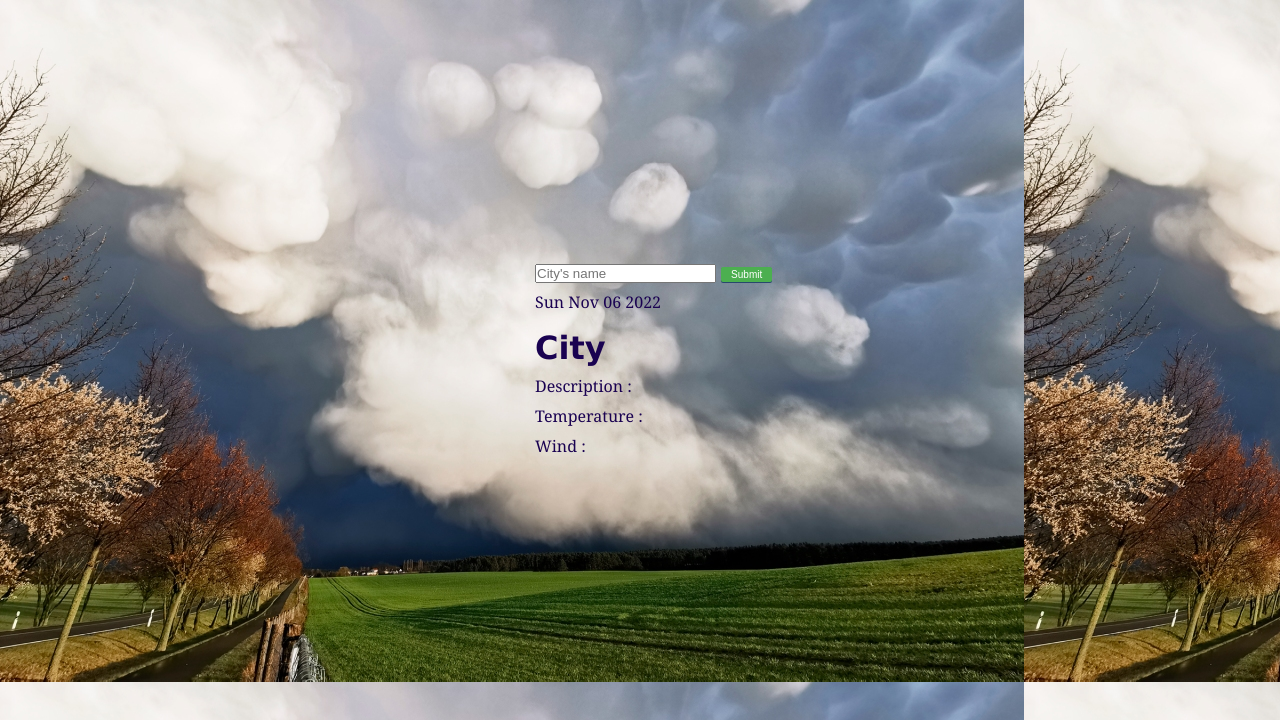
Repository: heartbreathing/searchWeather
Page: index.html
An editor plug-in stored every save of this project. The page is shown before and after the next save, followed by the edit.
The browser window is 1280 px wide. The pictures show the whole page.

Above is the page before, as saved 2022-11-06 23:05:12.

After the next save:
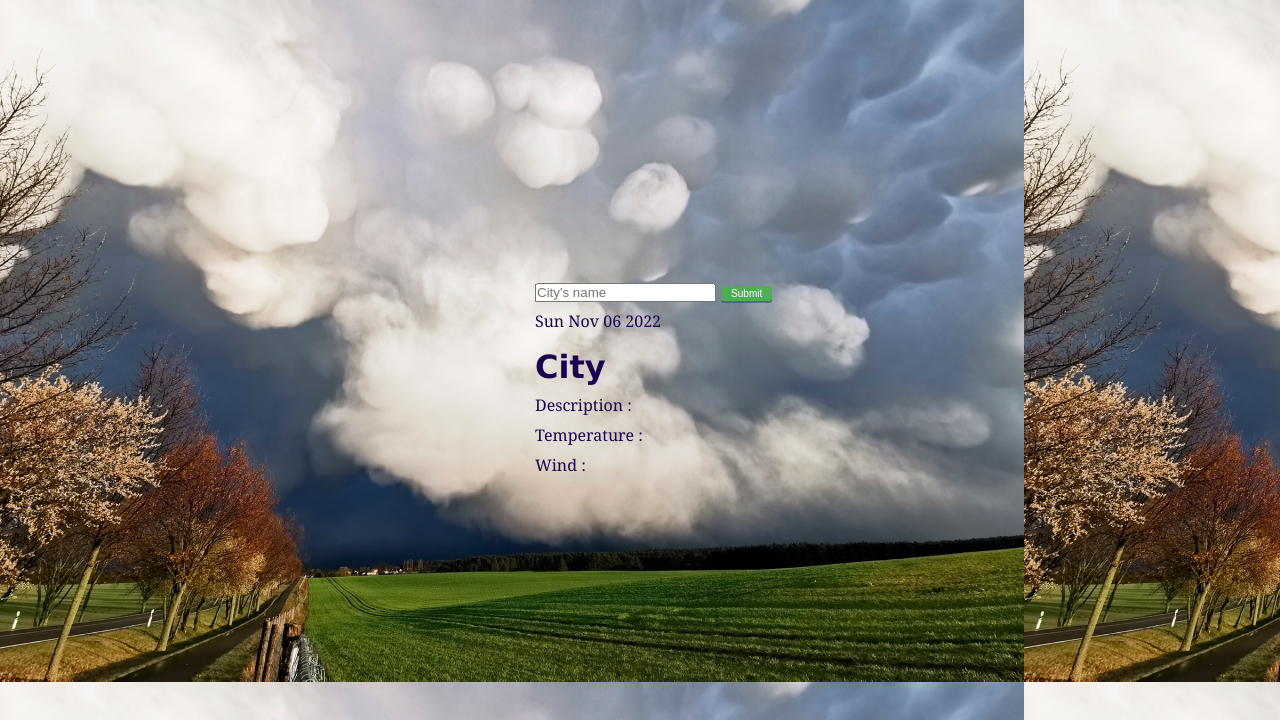
Saved 71 s later.
--- a/index.css
+++ b/index.css
@@ -14,7 +14,7 @@ body {
     width: 300px;
     top:50%;
     left:50%;
-    transform: translate(-35%, -50%);
+    transform: translate(-35%, -40%);
     row-gap: 1rem;
 }
 h1 {
